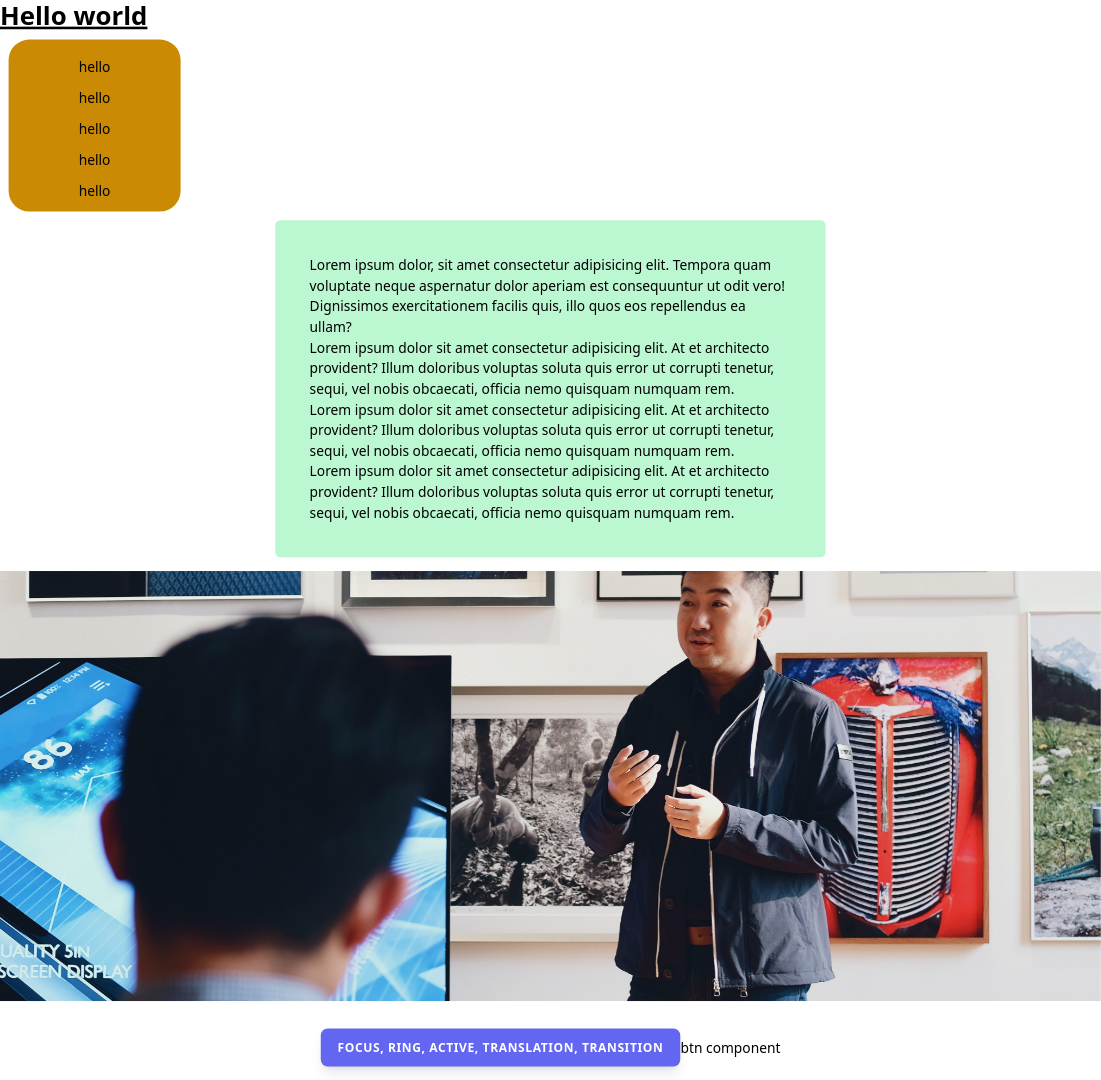
Repository: AfzalHaq61/tailwind-deep
Page: http://localhost/
An editor plug-in stored every save of this project. The page is shown before and after the next save, followed by the edit.
The browser window is 1280 px wide. The pictures show the whole page, at 86% of full size.
The page is served by the project's Laravel application, run on PHP 8.4 with Laravel 9. Other server files are loaded and not shown. Style sheets and scripts are compiled from the project's sources, by tool versions that may differ from the author's.

Above is the page before, as saved 2023-01-17 12:11:14.

### resources/views/welcome.blade.php
<!doctype html>
<html>

<head>
    <meta charset="utf-8">
    <meta name="viewport" content="width=device-width, initial-scale=1.0">
    @vite('resources/css/app.css')
</head>

<body>
    <h1 class="text-3xl font-bold underline">
        Hello world
      </h1>
      <!-- space-y-5 when there is the same spacing between the childs elements so you can make easy on space-y-5 -->
      <div class="h-[200px] w-[200px] bg-yellow-600 m-[10px] rounded-3xl text-center space-y-3 p-5">
        <h1>hello</h1>
        <h1>hello</h1>
        <h1>hello</h1>
        <h1>hello</h1>
        <h1>hello</h1>
      </div>
      <!-- max-w-sm and mx-auto(it will apply to the dev which you want to center) -->
      <div class="w-screen">
        <div class="bg-green-200 p-10 rounded-md max-w-screen-sm mx-auto">
          <h1>Lorem ipsum dolor, sit amet consectetur adipisicing elit. Tempora quam voluptate neque aspernatur dolor
            aperiam est consequuntur ut odit vero! Dignissimos exercitationem facilis quis, illo quos eos repellendus ea
            ullam?</h1>
          <h1>Lorem ipsum dolor sit amet consectetur adipisicing elit. At et architecto provident? Illum doloribus voluptas
            soluta quis error ut corrupti tenetur, sequi, vel nobis obcaecati, officia nemo quisquam numquam rem.</h1>
          <h1>Lorem ipsum dolor sit amet consectetur adipisicing elit. At et architecto provident? Illum doloribus voluptas
            soluta quis error ut corrupti tenetur, sequi, vel nobis obcaecati, officia nemo quisquam numquam rem.</h1>
          <h1>Lorem ipsum dolor sit amet consectetur adipisicing elit. At et architecto provident? Illum doloribus voluptas
            soluta quis error ut corrupti tenetur, sequi, vel nobis obcaecati, officia nemo quisquam numquam rem.</h1>
        </div>
      </div>
      <!-- object-cover will crop the image and object-center will give you chance to cover which part you want -->
      <div class="my-4">
        <img class="h-[500px] w-full mx-auto object-cover object-center" src="img/instructor.jpg" alt="">
      </div>
      <!-- Focus, ring, active, translation and transition to button -->
      <div class="flex justify-center w-full rounded-md p-4">

        <button class="
          inline-block
          px-5 py-3
          rounded-lg shadow-lg
          bg-indigo-500 hover:bg-indigo-400
          hover:-translate-y-0.5 transform transition
          text-white
          uppercase
          tracking-wider
          font-semibold
          text-sm
          focus:outline-none focus:ring-2 focus:ring-offset-2
          focus:ring-indigo-500 focus:ring-opacity-50
          active:bg-indigo-600">
          Focus, ring, active, translation, transition
        </button>

        <button class="color">
          btn component
        </button>

      </div>
</body>

</html>

### resources/css/app.css
@tailwind base;
@tailwind components;

.btn {
    @apply inline-block
    px-5 py-3
    rounded-lg shadow-lg
    bg-indigo-500 hover:bg-indigo-400
    hover:-translate-y-0.5 transform transition
    text-white
    uppercase
    tracking-wider
    font-semibold
    text-sm
    focus:outline-none focus:ring-2 focus:ring-offset-2
    focus:ring-indigo-500 focus:ring-opacity-50
    active:bg-indigo-600
}
@tailwind utilities;

### tailwind.config.js
/** @type {import('tailwindcss').Config} */
module.exports = {
    content: [
    "./resources/**/*.blade.php",
    "./resources/**/*.js",
    "./resources/**/*.vue",
  ],
  theme: {
    extend: {},
  },
  plugins: [],
}

Loaded but not shown: routes/web.php (common file)

After the next save:
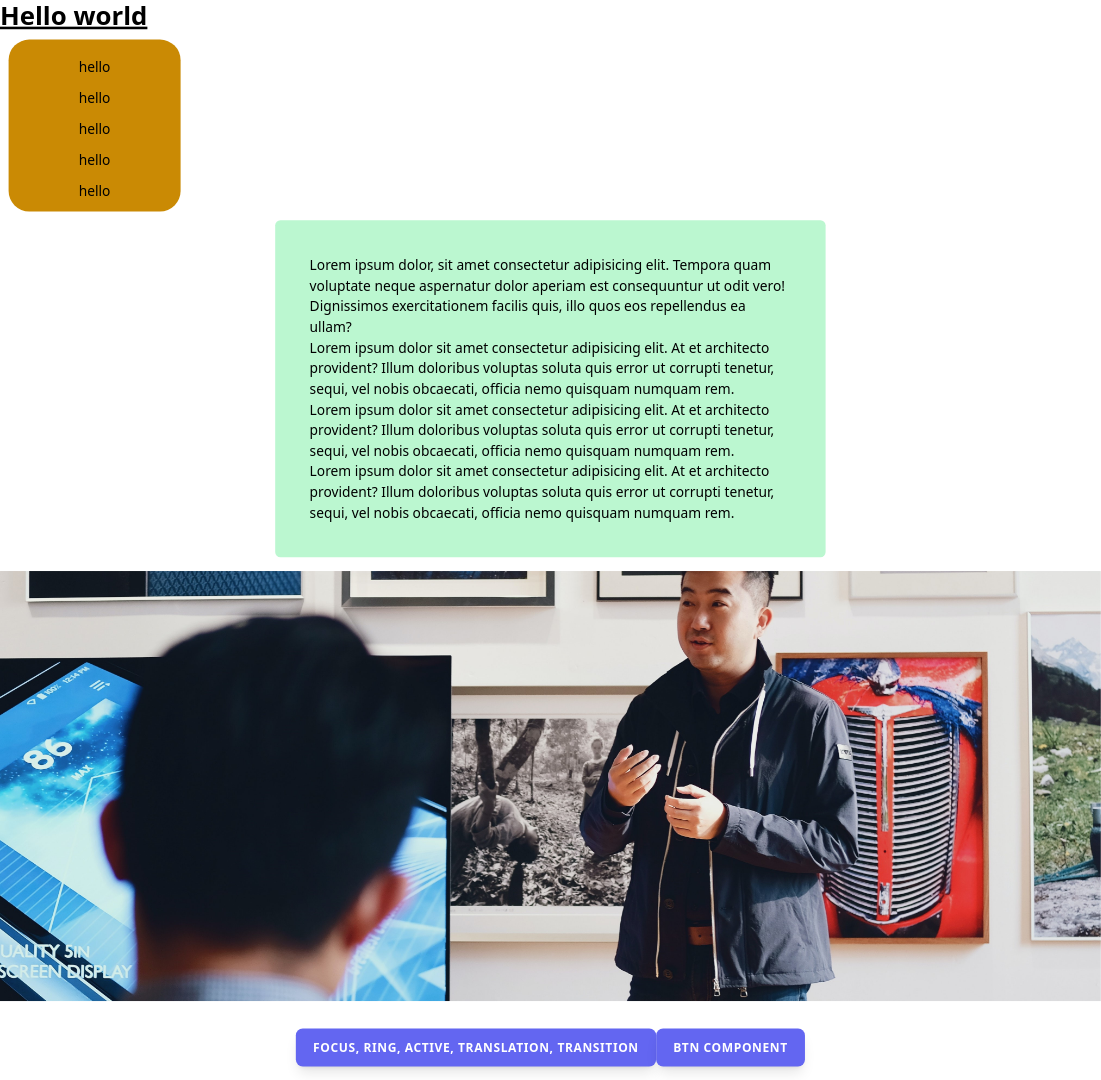
Saved 11 s later.
--- a/resources/views/welcome.blade.php
+++ b/resources/views/welcome.blade.php
@@ -57,7 +57,7 @@
           Focus, ring, active, translation, transition
         </button>
 
-        <button class="color">
+        <button class="btn">
           btn component
         </button>
 
